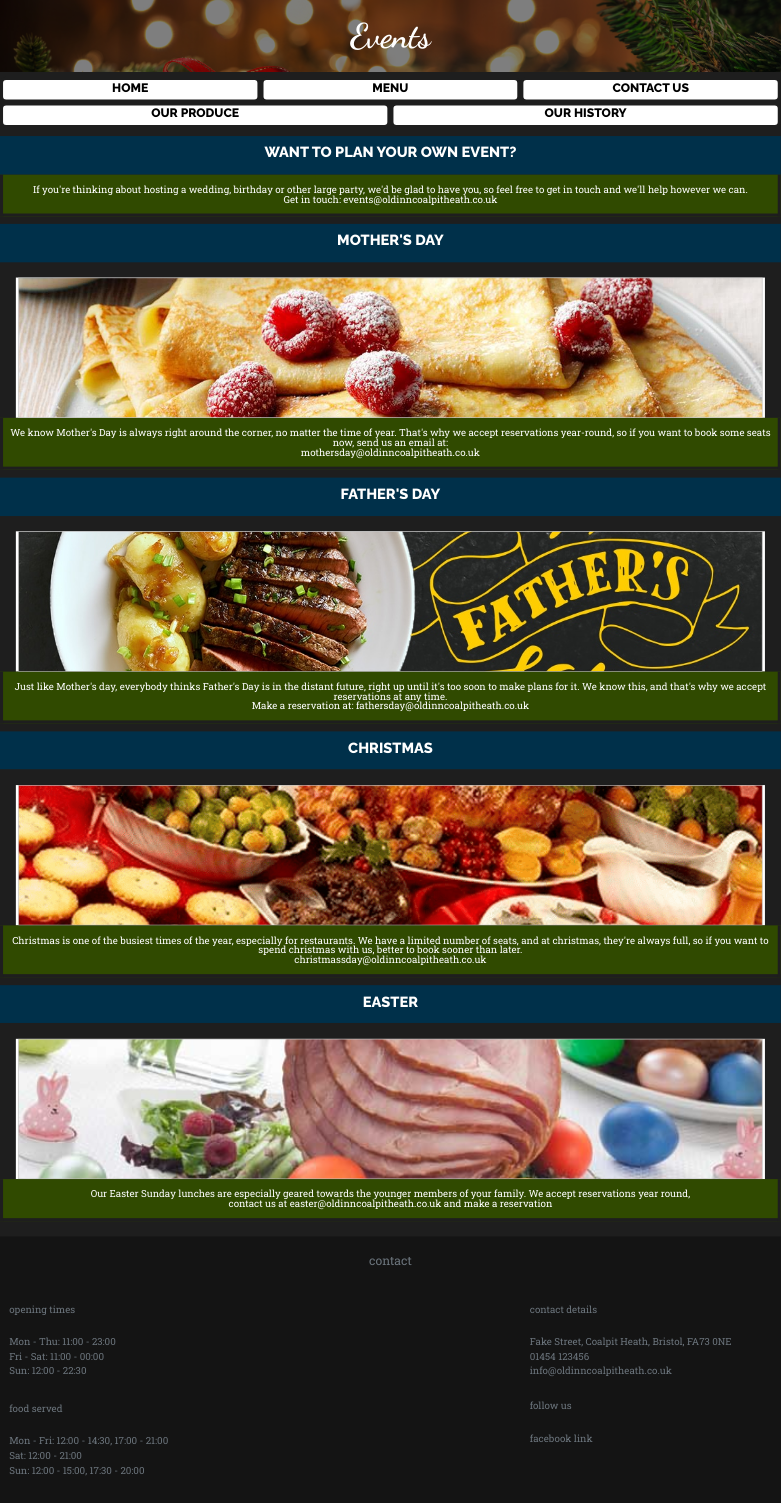
Repository: Code-Institute-Submissions/JamesLStudent-Milestone_One
Page: events.html
The author's editor kept a record of every edit. The page is drawn from the files as they stood at one moment, then again after the next edit.
The browser window is 1280 px wide. The pictures show the whole page, at 61% of full size.
Some web libraries are served in a nearby version.

Above is the page before.
Console error: TypeError: Cannot read properties of undefined (reading 'fn')

### events.html
<!DOCTYPE html>
<html lang="en">

<head>
    <meta charset="UTF-8">
    <meta name="viewport" content="width=device-width, initial-scale=1.0">
    <meta http-equiv="X-UA-Compatible" content="ie=edge">
    <title>Old Inn - Events</title>
    <link href="Assets/main.css" rel="stylesheet" type="text/css" />
    <link rel="stylesheet" href="https://stackpath.bootstrapcdn.com/bootstrap/4.3.1/css/bootstrap.min.css" integrity="sha384-ggOyR0iXCbMQv3Xipma34MD+dH/1fQ784/j6cY/iJTQUOhcWr7x9JvoRxT2MZw1T" crossorigin="anonymous">
    <script src="https://stackpath.bootstrapcdn.com/bootstrap/4.3.1/js/bootstrap.min.js" integrity="sha384-JjSmVgyd0p3pXB1rRibZUAYoIIy6OrQ6VrjIEaFf/nJGzIxFDsf4x0xIM+B07jRM" crossorigin="anonymous"></script>
    <script src="https://kit.fontawesome.com/e8ea1a4eee.js" crossorigin="anonymous"></script>
</head>

<body class="bg">
    <div class="events-h1-background">
        <h1>Events</h1>
    </div>

    <div class="dropdown-vis">
        <input id="check01" type="checkbox" name="menu" />
        <label class="black-text navigation-menu title-font" for="check01"><h5>MORE INFO:</h5></label>
        <ul class="submenu">
            <li>
                <a href="index.html">
                    <div class="col-6 col-md-12 col-lg-3 navigation-item black-text">
                        <h5>home</h5>
                    </div>
                </a>
                <a href="menu.html">
                    <div class="col-6 col-md-12 col-lg-3 navigation-item black-text">
                        <h5>menu</h5>
                    </div>
                </a>
                <a href="contacts.html">
                    <div class="col-12 col-md-12 col-lg-3 navigation-item black-text">
                        <h5>contact us</h5>
                    </div>
                </a>
                <a href="produce.html">
                    <div class="col-12 col-md-12 col-lg-3 navigation-item black-text">
                        <h5>our produce</h5>
                    </div>
                </a>
                <a href="history.html">
                    <div class="col-12 col-md-12 col-lg-3 navigation-item black-text">
                        <h5>our history</h5>
                    </div>
                </a>
            </li>
        </ul>
    </div>
    <div class="desktop-nav">
        <a href="index.html">
            <div class="col-6 col-md-12 col-lg-4 navigation-item black-text">
                <h5>home</h5>
            </div>
        </a>
        <a href="menu.html">
            <div class="col-6 col-md-12 col-lg-4 navigation-item black-text">
                <h5>menu</h5>
            </div>
        </a>
        <a href="contacts.html">
            <div class="col-12 col-md-12 col-lg-4 navigation-item black-text">
                <h5>contact us</h5>
            </div>
        </a>
        <a href="produce.html">
            <div class="col-12 col-md-12 col-lg-6 navigation-item black-text">
                <h5>our produce</h5>
            </div>
        </a>
        <a href="history.html">
            <div class="col-12 col-md-12 col-lg-6 navigation-item black-text">
                <h5>our history</h5>
            </div>
        </a>
    </div>
    <div class="centerer">
        <div class="subtitle">
            <h4>Want to plan your own event?</h4>
        </div>
        <div class="img-text white-text">
            <p class="white-text">
                </br>If you're thinking about hosting a wedding, birthday or other large party, we'd be glad to have you, so feel free to get in touch and we'll help however we can.
                </br>Get in touch: events@oldinncoalpitheath.co.uk
            </p>
        </div>
        <div class="subtitle">
            <h4>Mother's Day</h4>
        </div>
        <div class="image">
            <img class="events-img moth-day" />
        </div>
        <div class="img-text">
            <p class="white-text">
                </br>We know Mother's Day is always right around the corner, no matter the time of year. That's why we accept reservations year-round, so if you want to book some seats now, send us an email at:
                </br>mothersday@oldinncoalpitheath.co.uk
            </p>
        </div>
        <div class="subtitle">
            <h4>Father's Day</h4>
        </div>
        <div class="image">
            <img class="events-img fath-day" />
        </div>
        <div class="img-text">
            <p class="white-text">
                </br>Just like Mother's day, everybody thinks Father's Day is in the distant future, right up until it's too soon to make plans for it. We know this, and that's why we accept reservations at any time.</br>
                Make a reservation at: fathersday@oldinncoalpitheath.co.uk
            </p>
        </div>
        <div class="subtitle">
            <h4>Christmas</h4>
        </div>
        <div class="image">
            <img class="events-img christmas" />
        </div>
        <div class="img-text">
            <p class="white-text">
                </br>Christmas is one of the busiest times of the year, especially for restaurants. We have a limited number of seats, and at christmas, they're always full, so if you want to spend christmas with us, better to book sooner than later.
                </br>christmassday@oldinncoalpitheath.co.uk
            </p>
        </div>
        <div class="subtitle">
            <h4>Easter</h4>
        </div>
        <div class="image">
            <img class="events-img easter" />
        </div>
        <div class="img-text">
            <p class="white-text">
                </br>Our Easter Sunday lunches are especially geared towards the younger members of your family. We accept reservations year round,
                </br>contact us at easter@oldinncoalpitheath.co.uk and make a reservation
            </p>
        </div>
        <footer>
            <div class="footer">
                <div class="col-12 footer-div text-muted">
                    <h5>contact</h5>
                </div>
                <div class="col-12 col-md-6 col-lg-8 left footer-div text-muted left-align">
                    <h6>opening times</h6>
                    <p class="left-align">
                        </br>
                        Mon - Thu: 11:00 - 23:00</br>
                        Fri - Sat: 11:00 - 00:00</br>
                        Sun: 12:00 - 22:30</br>
                        </br>
                    </p>
                    <h6>food served</h6>
                    <p class="left-align">
                        </br>
                        Mon - Fri: 12:00 - 14:30, 17:00 - 21:00</br>
                        Sat: 12:00 - 21:00</br>
                        Sun: 12:00 - 15:00, 17:30 - 20:00</p>
                </div>
                <div class="col-12 col-md-6 col-lg-4 left footer-div text-muted left-align">
                    <h6>contact details</h6>
                    <p class="left-align">
                        </br>Fake Street, Coalpit Heath, Bristol, FA73 0NE</br>01454 123456</br>
                        info@oldinncoalpitheath.co.uk</p>
                    <h6>
                        </br>follow us</h6>
                    <p>
                        </br>facebook link</p>
                </div>
            </div>
        </footer>
    </div>
</body>

</html>

### Assets/main.css

/*----------------- STYLES APPEARING ON MULTIPLE PAGES -----------------*/

@import url('https://fonts.googleapis.com/css?family=Dancing+Script:700|Raleway:800|Roboto+Slab&display=swap');

html {
  scroll-behavior: smooth; /*- <--- not compatible with some browsers -*/
}

.bg {
    position: absolute;
    top: 0;
    left: 0;
    bottom: 0;
    right: 0;
    display: block;
    background-color: #1e1e1e;
}

h1 {
    font-family: "Dancing script", sans-serif;
    font-size: 3.5rem !important;
    font-weight: 700;
    text-align: center;
    min-height: 40px;
    height: auto;
    padding: 2% 0 2% 0;
    color: #FFFFFF;
    background: rgba(0, 0, 0, 0.5);
}

.subtitle {
    font-family: "raleway", serif;
    text-transform: uppercase;
    text-align: center;
    padding: 3% 0 3% 0;
    margin: 5% 0 0 0;
    display: inline-block;
    width: 100%;
    min-height: 15px;
    height: auto;
    background-color: #00304A;
    color: #FFFFFF;
}

.sub-box {
    font-family: "raleway", serif;
    text-transform: uppercase;
    background-color: #1B3E00;
    height: auto;
    border: 5px solid #1e1e1e;
    line-height: 100%;
    margin-top: 3%;
    min-height: 6%;
    height: auto;
    color: #FFFFFF;
    text-decoration: none;
}

.black-text {
    color: black;
}

.white-text {
    color: #FFFFFF;
}

footer {
    min-height: 20%;
    height: auto;
    display: block;
    bottom: 0;
    position: relative;
}

.footer {
    display: inline-block;
    margin-top: 5%;
    width: 100%;
    min-height: 100%;
    height: auto;
    background-color: #141414;
}

.back-top:hover {
    text-decoration: underline;
}

.fa-lg {
    font-size: 2.33333em !important;
}

.centerer {
    height: 100%;
    text-align: center;
    font-family: "Roboto Slab", serif;
}

.title-font {
    font-family: "raleway", serif;
}

.left {
    float: left;
}

.right {
    float: right;
}

.clear {
    padding: 0;
    margin: 0;
}

.footer-div {
    padding: 2%;
}

.left-align {
    text-align: left;
}

.inline {
    display: inline-block;
}

.no-deco {
    text-decoration: none;
}

.no-deco:hover {
    text-decoration: none;
}

/*----------------- MAIN NAV ITEM -----------------*/

ul {
    list-style: none;
    padding: 0;
    margin-bottom: 0 !important;
}

.navigation-item {
    font-family: "raleway", serif;
    text-transform: uppercase;
    background-color: #FFFFFF;
    float: left;
    text-align: center;
    border-radius: 10px;
    border: 5px solid #1e1e1e;
}

/*note: some styles (like the one above) use border instead of margin
to fix an issue I believed to be with Bootstrap's columns not working
with margin, but I now think it was actually the fault of Google Chrome's
"inspect" function. */

.navigation-item:hover {
    text-decoration: none;
    background-color: #383838;
    color: #FFFFFF;
}

.navigation-menu {
    background-color: #FFFFFF;
    text-align: center;
    border-radius: 10px;
    border: 5px solid #1e1e1e;
    width: 90%;
    margin: 0 5% 0 5%;
}

.no-margin {
    margin-top: 0 !important;
}

.desktop-nav {
    display: none;
}

.navigation-menu:hover {
    text-decoration: none;
    background-color: #383838;
    color: #FFFFFF;
    text-align: center;
}

input {
    display: none;
}

ul.submenu {
    max-height: 0;
    overflow: hidden;
}

label {
    position: relative;
    display: block;
    cursor: pointer;
}

input:checked~ul.submenu {
    max-height: 300px;
}

.burger-icon {
    margin: 1% 2% 0 2%;
    display: inline-block;
    float: right;
}

/*----------------- HOMEPAGE STYLE -----------------*/

.blurb {
    margin: 5% 2% 0 2%;
    display: inline-block;
    text-align: center;
    width: 96%;
    height: auto;
    background-color: #4A0030;
    padding: 0 2% 0 2%;
}

.alt-link {
    margin: 1% 2% 0% 2%;
    display: inline-block;
    text-align: center;
    width: 96%;
    min-height: 5%;
    height: auto;
    background-color: #2D2D2D;
    color: #FFFFFF;
}

.title-link {
    font-family: "raleway", serif;
    text-transform: uppercase;
    background-color: #1B3E00;
    height: auto;
    border: 5px solid #1e1e1e;
    line-height: 100%;
    margin-top: 3%;
    min-height: 6%;
    color: #FFFFFF;
    text-decoration: none;
}

.title-link:hover {
    background-color: #1C3906;
    color: #FFFFFF;
    text-decoration: none;
}

/*----------------- MENU STYLE -----------------*/

.small-link {
    font-family: "raleway", serif;
    text-transform: uppercase;
    line-height: 100%;
    display: inline-block;
    text-align: center;
    height: auto;
    background-color: #4A0030;
    border-radius: 10px;
    border: 5px solid #1e1e1e;
    color: #FFFFFF;
}

.small-link:hover {
    text-decoration: none;
    color: #FFFFFF;
    background-color: #320121;
}

.food {
    width: 30%;
    float: left;
    padding: 0;
}

.food-desc {
    width: 50%;
    float: left;
    border-left: 1px solid white;
    border-right: 1px solid white;
}

.food-cost {
    width: 20%;
    float: left;
}

.vert-align {
    position: relative;
    top: 50%;
    transform: translateY(-50%);
}

/*The above code is not my own - see the README for credits.
I had some trouble with it, but eventually made it work by placing the
elements it styles inside specific containers - anything with "height: auto;"
would break this style*/

.menu-h1-background {
    background-image: url("./images/menu-h1.jpg");
    background-position: center;
    background-repeat: no-repeat;
    background-size: cover;
    min-height: auto;
}

/*----------------- EVENTS STYLE -----------------*/

.img-text {
    background-color: #304A00;
    height: auto;
    border-bottom: 5px solid #1e1e1e;
    border-right: 5px solid #1e1e1e;
    border-left: 5px solid #1e1e1e;
    line-height: 100%;
}

.image {
    height: auto;
    width: 96%;
    margin: 2% 2% 0 2%;
    background-color: #FFFFFF;
    overflow: hidden;
}

.spacer {
    margin-top: 5%;
}

.events-h1-background {
    background-image: url("./images/events-h1.jpg");
    background-position: center;
    background-repeat: no-repeat;
    background-size: cover;
    min-height: auto;
}

.moth-day {
    background-image: url("./images/moth-day.jpg");
}

.fath-day {
    background-image: url("./images/fath-day.jpg");
}

.christmas {
    background-image: url("./images/christmas.png");
}

.easter {
    background-image: url("./images/easter.jpg");
}

.events-img {
    background-position: center;
    background-repeat: no-repeat;
    background-size: cover;
    height: 150px;
    width: 290px;
}

/*----------------- PRODUCE STYLE -----------------*/

.produce {
    padding: 0 3% 0 3%;
}

.produce-h1-background {
    background-image: url("./images/produce-h1.jpg");
    background-position: center;
    background-repeat: no-repeat;
    background-size: cover;
    min-height: auto;
}

/*----------------- CONTACTS STYLE -----------------*/

.contacts-h1-background {
    background-image: url("./images/contacts-h1.jpg");
    background-position: center;
    background-repeat: no-repeat;
    background-size: cover;
    min-height: auto;
}

.map {
    width: 90%;
    height: 85%;
    margin: 0 5% 0 5%;
}

/*----------------- HISTORY STYLE -----------------*/

.history {
    margin: 5% 2% 0 2%;
    display: inline-block;
    text-align: center;
    width: 96%;
    min-height: 50%;
    height: auto;
    background-color: #4A0030;
    padding: 0 2% 0 2%;
}

.index-h1-background {
    background-image: url("./images/index-h1.jpg");
    background-position: center;
    background-repeat: no-repeat;
    background-size: cover;
    min-height: auto;
}

.history-img-one {
    background-image: url("./images/history-1.jpg");
    background-position: center;
    background-repeat: no-repeat;
    background-size: cover;
    height: 200px;
    width: 250px;
}

.history-img-two {
    background-image: url("./images/history-2.jpg");
    background-position: center;
    background-repeat: no-repeat;
    background-size: cover;
    height: 200px;
    width: 250px;
}

/*----------------- TABLET MEDIA QUERIES -----------------*/

@media (min-width: 768px) {
    .footer {
        margin-top: 3%;
    }
    .history {
        margin-top: 3%;
    }
    .blurb {
        margin-top: 3%;
    }
    .alt-link {
        margin-top: 1%;
    }
    .subtitle {
        margin-top: 2.5%;
        padding: 1% 0 1% 0;
    }
    .spacer {
        margin-top: 3%;
    }
    .sub-box {
        margin-top: 2%;
    }
    .history-img-one {
        height: 400px;
        width: 450px;
    }
    .history-img-two {
        height: 500px;
        width: 550px;
    }
    .events-img {
        height: 190px;
        width: 730px;
    }
}

/*----------------- DESKTOP MEDIA QUERIES -----------------*/

@media (min-width: 992px) {
    .desktop-nav {
        display: block;
    }
    .dropdown-vis {
        display: none;
    }
    .footer {
        margin-top: 2%;
    }
    .history {
        margin-top: 1%;
    }
    .blurb {
        margin-top: 1%;
    }
    .alt-link {
        margin-top: 0.5%;
    }
    .subtitle {
        margin-top: 1%;
    }
    .spacer {
        margin-top: 1%;
    }
    .sub-box {
        margin-top: 0.5%;
    }
    .history-img-one {
        margin: 2% 2% 2% 2%;
        float: left;
    }
    .history-img-two {
        margin: 2% 2% 2% 2%;
        float: right;

    }
    .events-img {
        height: 230px;
        width: 1220px;
    }
}

After the next edit:
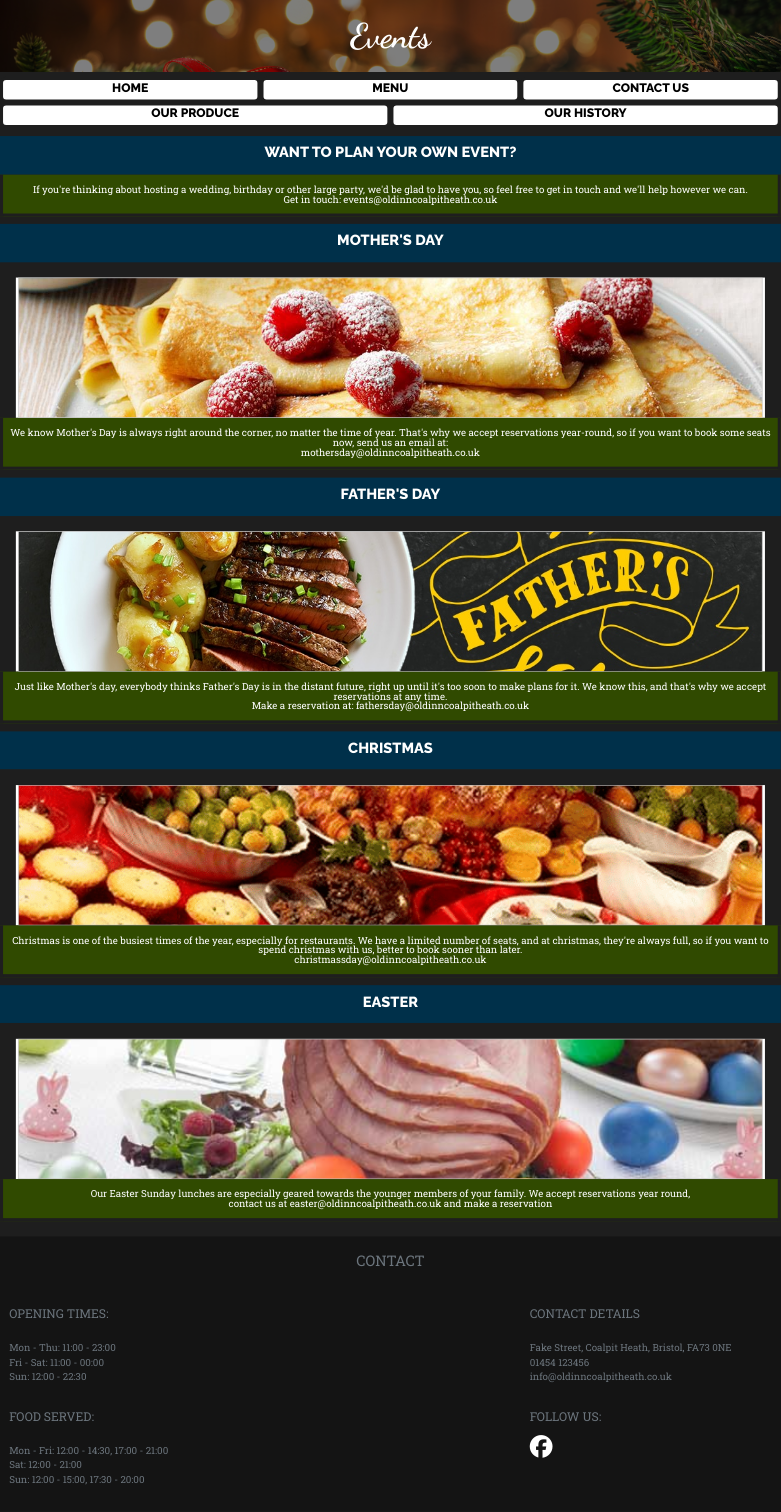
The edit:
--- a/events.html
+++ b/events.html
@@ -136,12 +136,12 @@
             </p>
         </div>
         <footer>
-            <div class="footer">
+           <div class="footer">
                 <div class="col-12 footer-div text-muted">
-                    <h5>contact</h5>
+                    <h4>CONTACT</h4>
                 </div>
                 <div class="col-12 col-md-6 col-lg-8 left footer-div text-muted left-align">
-                    <h6>opening times</h6>
+                    <h5>OPENING TIMES:</h5>
                     <p class="left-align">
                         </br>
                         Mon - Thu: 11:00 - 23:00</br>
@@ -149,7 +149,7 @@
                         Sun: 12:00 - 22:30</br>
                         </br>
                     </p>
-                    <h6>food served</h6>
+                    <h5>FOOD SERVED:</h5>
                     <p class="left-align">
                         </br>
                         Mon - Fri: 12:00 - 14:30, 17:00 - 21:00</br>
@@ -157,14 +157,17 @@
                         Sun: 12:00 - 15:00, 17:30 - 20:00</p>
                 </div>
                 <div class="col-12 col-md-6 col-lg-4 left footer-div text-muted left-align">
-                    <h6>contact details</h6>
+                    <h5>CONTACT DETAILS</h5>
                     <p class="left-align">
                         </br>Fake Street, Coalpit Heath, Bristol, FA73 0NE</br>01454 123456</br>
                         info@oldinncoalpitheath.co.uk</p>
-                    <h6>
-                        </br>follow us</h6>
-                    <p>
-                        </br>facebook link</p>
+                    <h5>
+                        </br>FOLLOW US:</br>
+                        </br>
+                    </h5>
+                    <a href="https://en-gb.facebook.com/login/">
+                    <i class="fab fa-facebook fa-lg white-text"></i>
+                    </a>
                 </div>
             </div>
         </footer>
